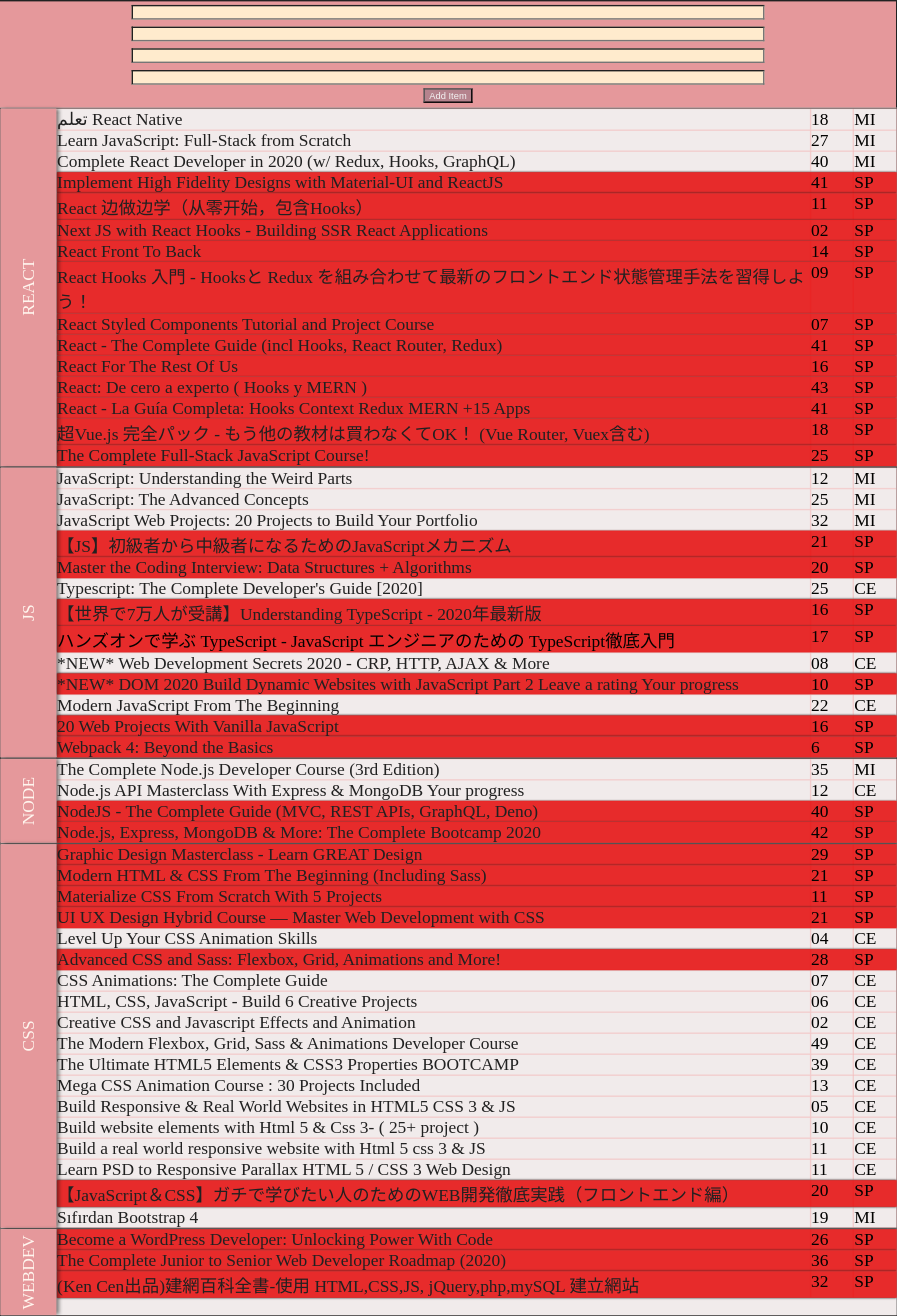
Repository: ClementLight/plan
Page: codicrs.html
An editor plug-in stored every save of this project. The page is shown before and after the next save, followed by the edit.
The browser window is 1280 px wide. The page is 1282 px wide, so the pictures cover 1282 px, including what lies to the right of the window. The pictures show the whole page, at 70% of full size.

Above is the page before, as saved 2020-08-22 17:23:42.

After the next save:
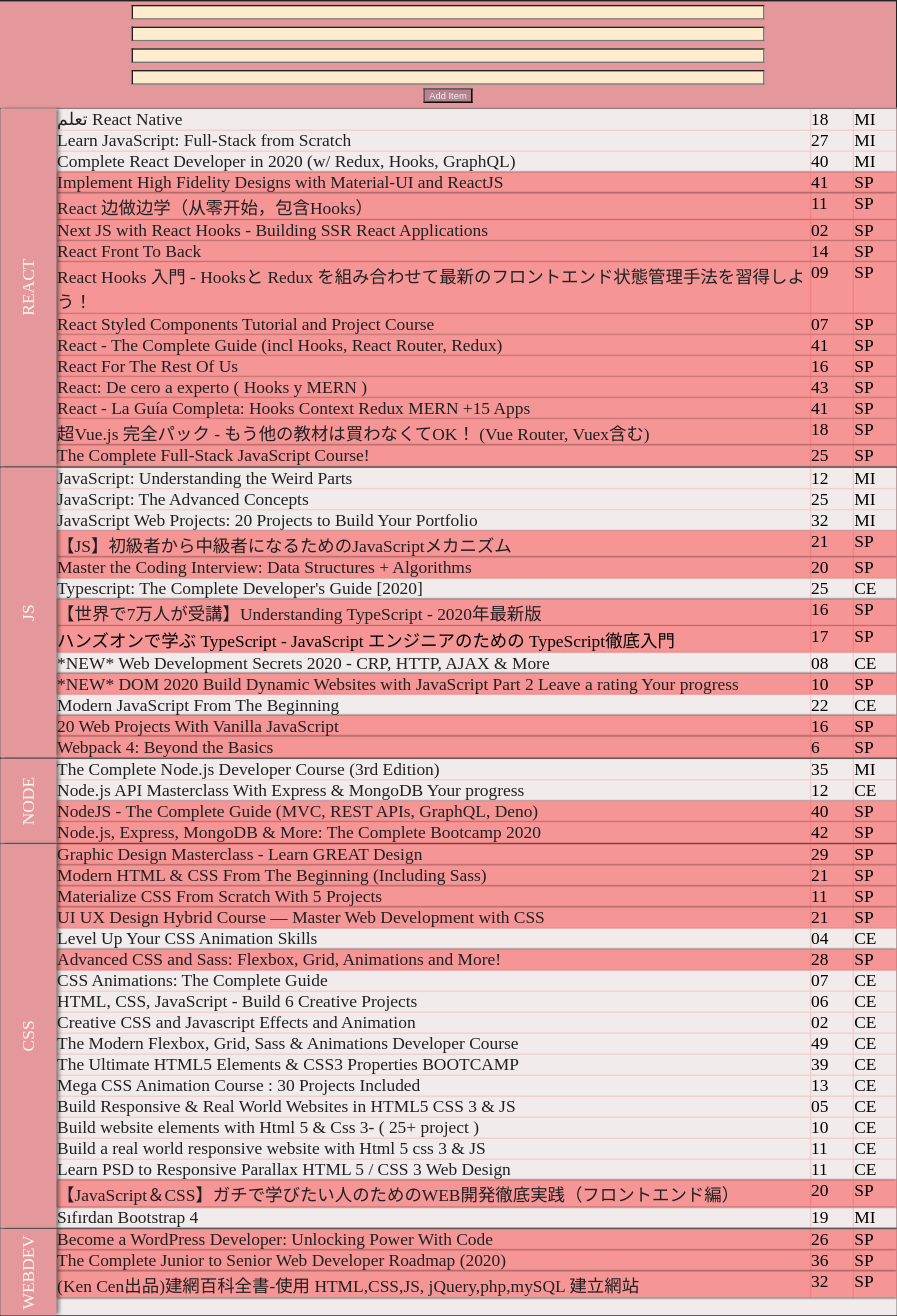
Saved 12 s later.
--- a/codicrs.html
+++ b/codicrs.html
@@ -24,7 +24,7 @@
 
         --main-interface-color: var(--primary-color);
         --main-containers-color: rgb(241, 235, 235);
-        --browser-color: rgb(231, 43, 43);
+        --browser-color: rgb(245, 149, 149);
 
         --lessons-color: var(--octonary-color);
         --hover-color: var(--denary-color);
